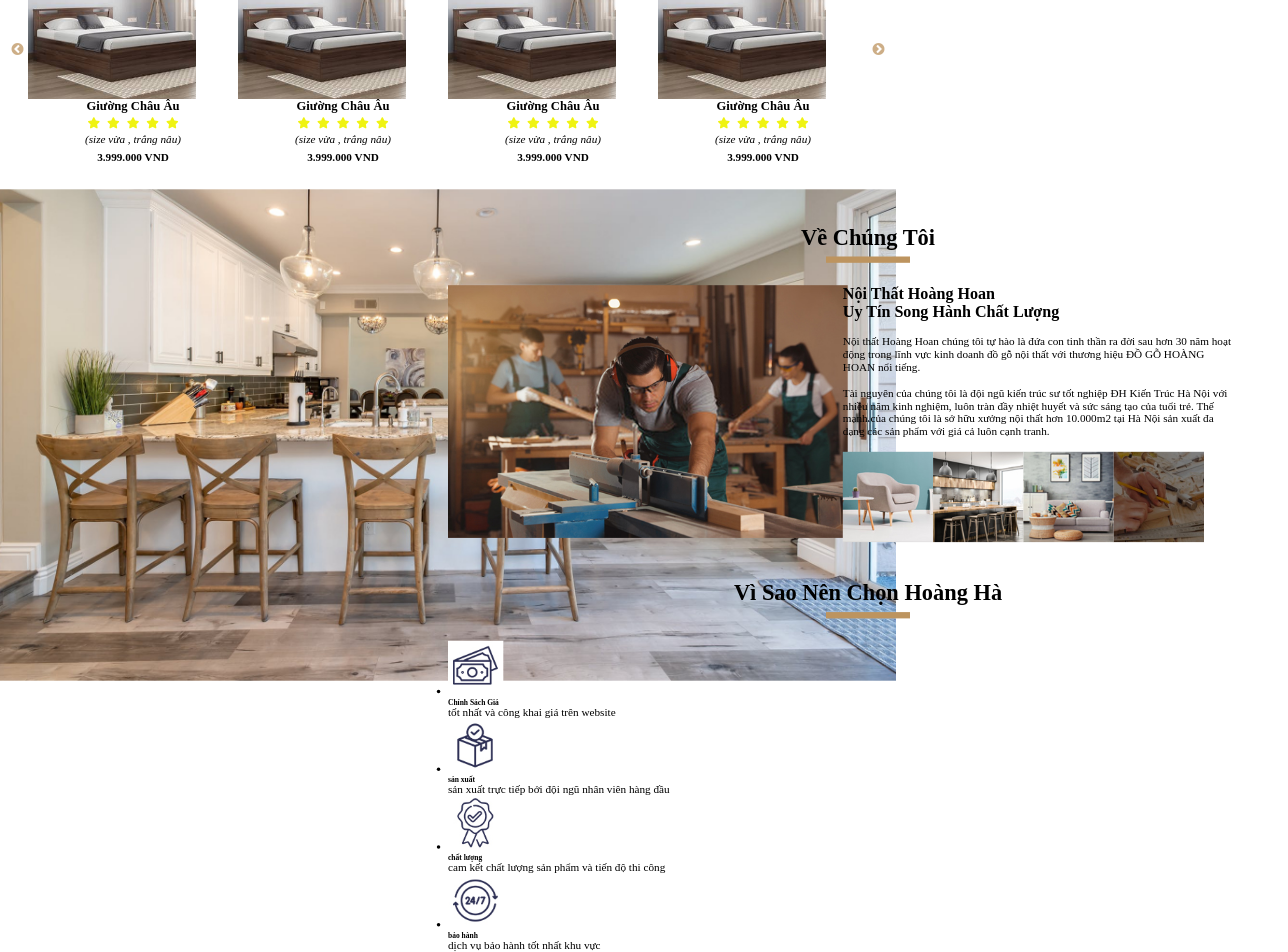
Repository: LDDUNG2003/front_end
Page: index.html
These files come from the project's save history. The page is drawn as it stood at one moment and after the next save; the edit follows.
The browser window is 1280 px wide. The page is 1840 px wide, then 1280 px, so the pictures cover 1840 px, including what lies to the right of the window. The pictures show the part of the page from y = 1488 to 2848 px (the page is 2848 px tall), at 70% of full size.
Some web libraries are served in a nearby version.

Above is the page before, as saved 2023-08-29 10:47:57.

After the next save:
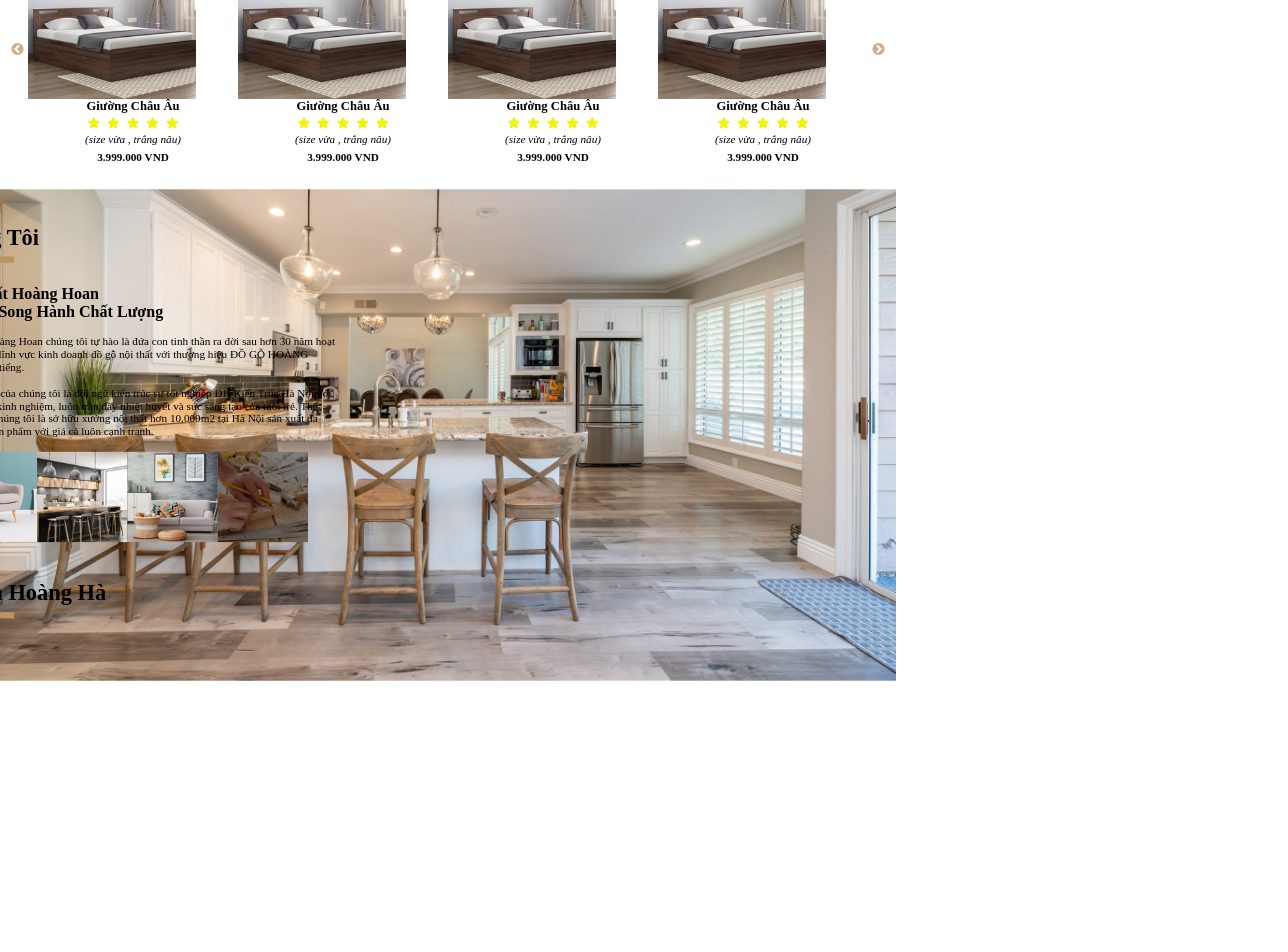
Saved 7 s later.
--- a/public/css/home.css
+++ b/public/css/home.css
@@ -136,7 +136,7 @@
     top: 0px;
     width: 100%;
     max-width: 1200px;
-    left: 50%;
+    left: -50%;
 }
 
 .about__content {
